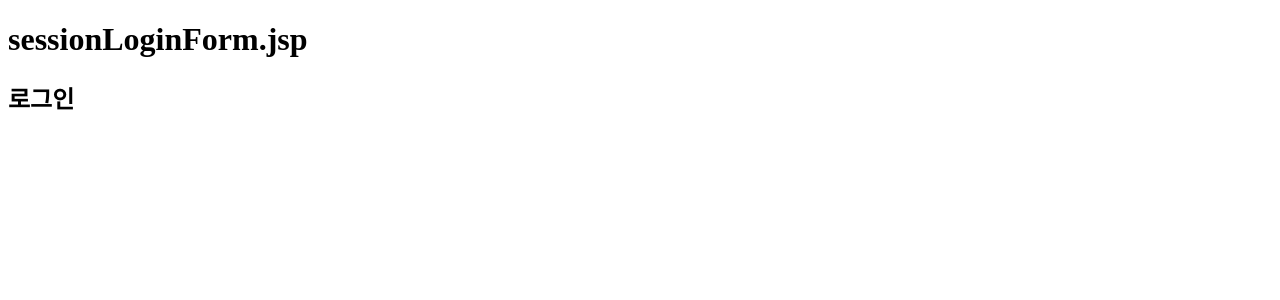
Repository: HeeYoung9/young9
Page: http://localhost/JSP7/jsp/sessionLoginForm.jsp
An editor plug-in stored every save of this project. The page is shown before and after the next save, followed by the edit.
The browser window is 1280 px wide. The pictures show the whole page.
The page is served by Tomcat 9.

Above is the page before, as saved 2023-08-24 05:22:30.

### JSP7/src/main/webapp/jsp/sessionLoginForm.jsp
<%@ page language="java" contentType="text/html; charset=UTF-8"
    pageEncoding="UTF-8"%>
<!DOCTYPE html>
<html>
<head>
<meta charset="UTF-8">
<title>sessionLoginForm</title>
</head>
<body>

<h1>sessionLoginForm.jsp</h1>
<h2>로그인</h2>

</body>
</html>

After the next save:
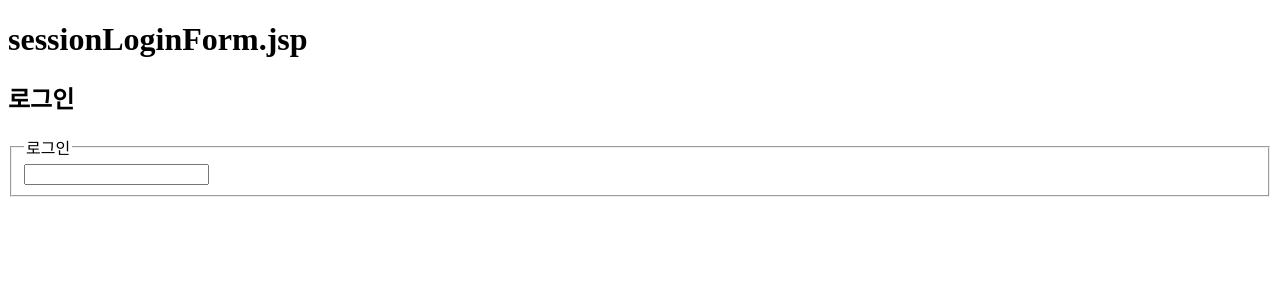
Saved 2 min 24 s later.
--- a/JSP7/src/main/webapp/jsp/sessionLoginForm.jsp
+++ b/JSP7/src/main/webapp/jsp/sessionLoginForm.jsp
@@ -10,6 +10,11 @@
 
 <h1>sessionLoginForm.jsp</h1>
 <h2>로그인</h2>
-
+<fieldset>
+<legend>로그인</legend>
+<form action="sessionLoginPro.jsp" method="get" name="lg">
+ <input type="text" name="id">
+</form>
+</fieldset>
 </body>
 </html>
